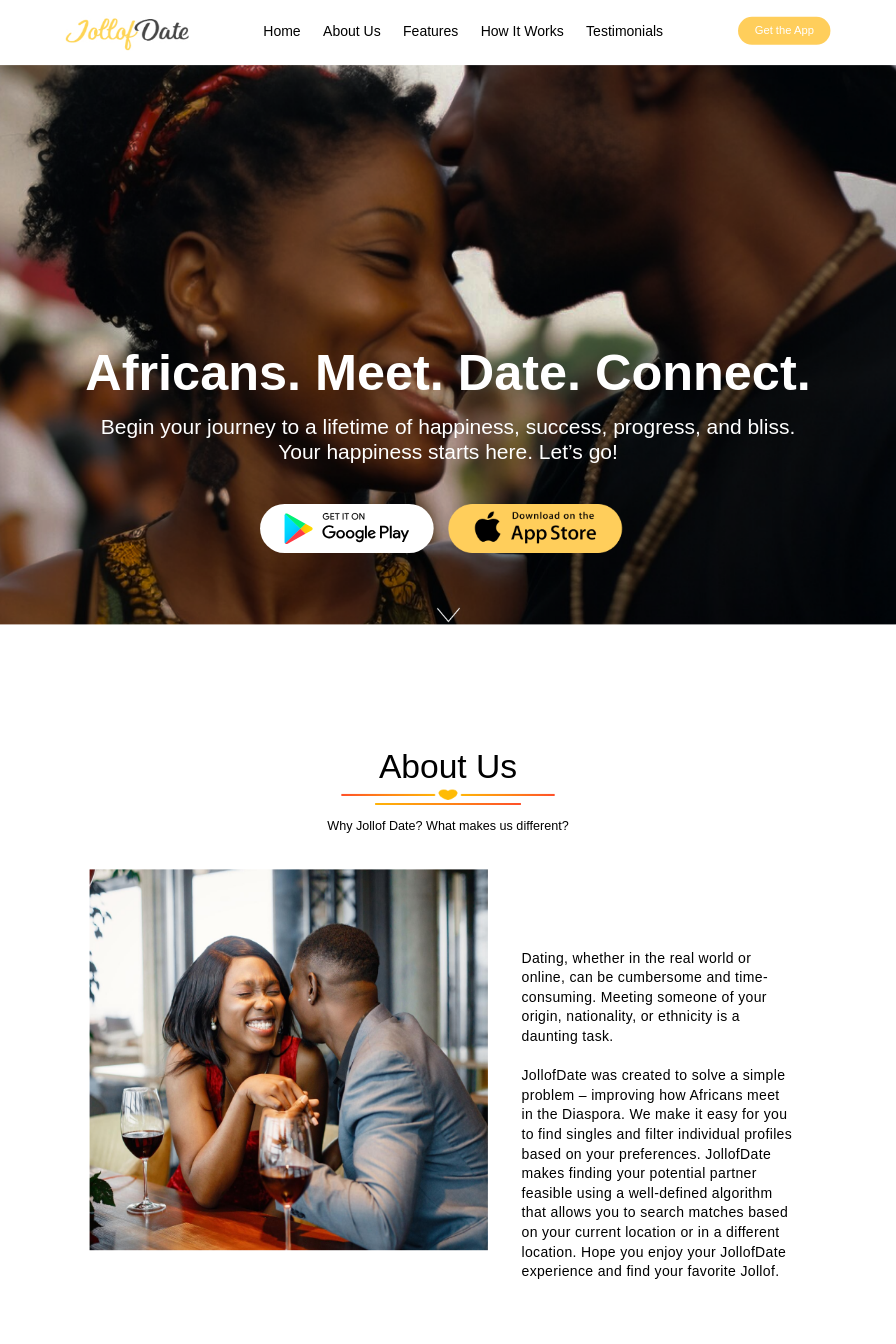
Repository: FarhanNasiru/jollofdate-frontend
Page: /
The author's editor kept a copy of each file at every save. The page is drawn from the files as they stood at one save, then again after the next save.
The browser window is 1280 px wide. The pictures show the part of the page from y = 0 to 1920 px (the page is 7400 px tall before and 7264 px after), at 70% of full size.
Some web fonts or font styles are not loaded; a fallback is used. The project was rebuilt for these pictures with package versions that can differ from the ones it lists, and the page was loaded fresh each time. Also part of the build but not shown: vite.config.js, src/Pages/Footer2.jsx, src/components/Header2.jsx, src/Pages/privacy.jsx, src/Pages/Term.jsx.

Above is the page before, as saved 2024-08-20 17:44:11.

### index.html
<!doctype html>
<html lang="en">
  <head>
    <meta charset="UTF-8" />
    <link rel="icon" type="image/svg+xml" href="/vite.svg" />
    <meta name="viewport" content="width=device-width, initial-scale=1.0" />
    <title>Jellof Date</title>
  </head>
  <body>
    <div id="root"></div>
    <script type="module" src="/src/main.jsx"></script>
  </body>
</html>

### src/App.jsx
import { BrowserRouter as Router, Route, Routes } from "react-router-dom";
import Home from "./Pages/Home";
import Privacy from "./Pages/privacy";
import Terms from "./Pages/Term";
import "./index.css";
const App = () => {
  return (
    <Router>
      <main>
        <Routes>
          <Route path="/" element={<Home />} />
          <Route path="/privacy" element={<Privacy />} />
          <Route path="/terms" element={<Terms />} />
        </Routes>
      </main>
    </Router>
  );
};

export default App;

### src/index.css
@import url('https://fonts.cdnfonts.com/css/hvdtrial-brandon-grotesque');
@import url('https://fonts.googleapis.com/css2?family=Almendra:ital,wght@0,400;0,700;1,400;1,700&display=swap');
@import "slick-carousel/slick/slick.css";
@import "slick-carousel/slick/slick-theme.css";

@tailwind base;
@tailwind components;
@tailwind utilities;

### src/Pages/Home.jsx
import Faq from "../components/Faq";
import Testimonials from "../components/Testimonials";
import Community from "../components/Community";
import How from "../components/Howitworks";
import Features from "../components/Features";
import About from "../components/Aboutus";
import Download from "../components/Download";
import Footer from "../components/Footer";
import Header from "../components/Header";

function Home() {
  return (
    <main className=" bg-white justify-center font-HvDTrial max-w-screen-2xl m-auto">
      <Header />
      <section
        id="home"
        className="pl-8 pr-8 justify-center bg-center bg-no-repeat items-center max-h-max w-full lg:pt-96 lg:pb-9 bg-[url('/Images/Home-bg.png')] "
      >
        <div>
          <h1 className="  text-wrap text-white text-7xl md:text-7xl  font-medium md:font-semibold text-center pt-28 pb-6 h-auto">
            Africans. Meet. Date. Connect.{" "}
          </h1>
          <p className=" text-2xl px-6 text-center text-white font-normal md:text-3xl">
            Begin your journey to a lifetime of happiness, success, progress,
            and bliss.
            <br /> Your happiness starts here. Let’s go!
          </p>
        </div>
        <div className=" flex justify-center pt-12 flex-wrap pb-16">
          <a
            href="#"
            className="bg-transparent text-black px-1 py-1 rounded flex items-center"
          >
            <img
              src="/Images/Googleplay-whitesvg.svg"
              alt="Google Play"
              className="w-full h-full img-center"
            />
          </a>
          <a
            href="#"
            className="bg-transparent text-black px-4 py-2 rounded flex items-center"
          >
            <img
              src="/Images/Applestore-white.png"
              alt="App Store"
              className="w-full h-full mr-2"
            />
          </a>
        </div>
        <div className=" justify-center ">
          <a href="#footer">
            <img
              src="/Images/Home-arrow.png"
              alt=""
              className=" sm:hidden md:flex lg:flex xl:flex justify-center m-auto md:mb-14"
            />
          </a>
        </div>
      </section>
      <About />
      <Features />
      <How />
      <Testimonials />
      <Community />
      <Faq />
      <Download />
      <Footer />
    </main>
  );
}

export default Home;

### src/components/Faq.jsx
import { useState } from "react";

function Faq() {
  const [openIndexes, setOpenIndexes] = useState([]);

  const toggleDropdown = (index) => {
    if (openIndexes.includes(index)) {
      setOpenIndexes(openIndexes.filter((i) => i !== index));
    } else {
      setOpenIndexes([...openIndexes, index]);
    }
  };

  const faqItems = [
    "How can I create my profile on the app?",
    "How can I create my profile on the app?",
    "How can I create my profile on the app?",
    "How can I create my profile on the app?",
    "How can I create my profile on the app?",
    "How can I create my profile on the app?",
  ];

  return (
    <section
      id="frequently-asked-questions"
      className="pb-14 sm:px-9 max-w-screen-2xl justify-center m-auto"
    >
      <div className="sm:pb-20 md:pb-12">
        <h2 className="text-5xl font-normal text-center pt-5">
          Frequently Asked Questions
        </h2>
        <div className="flex justify-center py-4">
          <img src="/Images/love-logo.png" alt="" className=" md:w-auto" />
        </div>
        <h3 className="text-center text-lg">
          You have questions? Check here for answers
        </h3>
      </div>
      <div className="text-left sm:text-wrap px-4">
        {faqItems.map((item, index) => (
          <div key={index} className=" mx-auto mt-3">
            <div
              className={`flex pt-7 pl-16 pr-12 pb-6 justify-between cursor-pointer ${
                openIndexes.includes(index)
                  ? "bg-customYellow1 font-bold text-black text-xl rounded-t-md"
                  : "bg-bright text-black text-lg border-solid border rounded-lg border-customYellow1"
              }`}
              onClick={() => toggleDropdown(index)}
            >
              <p className="text-xl font-medium">{item}</p>
              {openIndexes.includes(index) ? (
                <div className="h-6 w-6">
                  <img src="/Images/add.svg" alt="" />
                </div>
              ) : (
                <div className="h-6 w-6">
                  <img src="/Images/add2.svg" alt="" className="bg-white" />
                </div>
              )}
            </div>
            {openIndexes.includes(index) && (
              <div className="p-4 bg-customYellow1 rounded-b-md shadow pt-7 pl-16 pr-12 pb-8">
                <p className=" xl:w-custom3text-xl md:text-wrap sm:text-balance">
                  Begin your journey to a lifetime of happiness, success,
                  progress and bliss. Begin your journey to a lifetime of
                  happiness, success, progress and bliss. Begin your journey to
                  a lifetime of happiness, success, progress and bliss. Begin
                  your journey to a lifetime of happiness, success, progress and
                  bliss. Begin your journey to a lifetime of happiness, success,
                  progress and bliss. Begin your journey to a lifetime of
                  happiness, success, progress and bliss. Begin your journey to
                  a lifetime of happiness, success, progress and bliss.
                </p>
              </div>
            )}
          </div>
        ))}
      </div>
    </section>
  );
}

export default Faq;

### src/components/Testimonials.jsx
import { Carousel } from "antd";

function Testimonials() {
  const contentStyle = {
    height: "auto",
    color: "#fff",
    lineHeight: "40px",
    textAlign: "center",
    background: "transparent",
  };

  const testimonials = [
    {
      quote:
        "“Other dating apps were like shooting fish in a barrel. But my girlfriend and I clicked right away on Jollofdate, and the conversation was effortless. We’ve been together for over a year.”",
      name: "Caitlyn King",
    },
    {
      quote:
        "“Other dating apps were like shooting fish in a barrel. But my girlfriend and I clicked right away on Jollofdate, and the conversation was effortless. We’ve been together for over a year.”",
      name: "Crystabel lyn",
    },
    {
      quote:
        "“Other dating apps were like shooting fish in a barrel. But my girlfriend and I clicked right away on Jollofdate, and the conversation was effortless. We’ve been together for over a year.”",
      name: "David Johnson",
    },
    {
      quote:
        "“Other dating apps were like shooting fish in a barrel. But my girlfriend and I clicked right away on Jollofdate, and the conversation was effortless. We’ve been together for over a year.”",
      name: "King Micheal",
    },
  ];

  return (
    <section id="testimonials" className="p-8 pt-24 ">
      <div>
        <h2 className="text-5xl font-normal text-center p-2">Testimonials</h2>
        <div className="flex justify-center pb-5 md:pb-6">
          <img src="/Images/love-logo.png" alt="Love Logo" />
        </div>
        <h3 className="text-center text-lg">
          Read what our existing users have to say
        </h3>
      </div>
      <div className="text-center pt-9 pb-16 text-black max-w-7xl justify-center m-auto">
        <Carousel autoplay>
          {testimonials.map((testimonial, index) => (
            <div key={index}>
              <div style={contentStyle}>
                <h1 className="text-black text-center m-auto font-normal text-2xl text-wrap">
                  {testimonial.quote}
                </h1>
                <div className="flex justify-center py-3">
                  {[...Array(5)].map((_, i) => (
                    <img
                      key={i}
                      src="/Images/Star.svg"
                      alt="Star"
                      className="mx-1"
                    />
                  ))}
                </div>
                <p className="text-center text-black text-lg pb-8">
                  {testimonial.name}
                </p>
              </div>
            </div>
          ))}
        </Carousel>
      </div>
    </section>
  );
}

export default Testimonials;

### src/components/Community.jsx
function Community() {
  return (
    <div>
      <section
        id="Community"
        className="bg-custom-radial flex flex-col items-center justify-center mb-28 px-6 pt-16 max-w-screen-2xl m-auto"
      >
        <div className="space-y-8 text-center text-black">
          <div>
            <h1 className="text-3xl sm:text-4xl md:text-5xl font-bold">
              Join the
            </h1>
            <h2 className="text-3xl sm:text-4xl md:text-5xl font-bold">
              Jollof Date Community
            </h2>
          </div>
          <div className="w-full sm:w-4/5 md:w-3/5 lg:w-custom9 mx-auto">
            <h3 className="text-sm sm:text-base font-normal">
              Download the app from your store and begin your journey to a
              lifetime of happiness, success, progress, and bliss.
            </h3>
          </div>
          <div className="flex flex-col md:flex-row justify-center items-center m-auto gap-3">
            <a href="" className="w-32 md:w-40">
              <img
                src="/Images/Applestore-dark.png"
                alt="Download on the App Store"
                className="m-auto"
              />
            </a>
            <a href="" className="w-32 md:w-40">
              <img
                src="/Images/Googleplay-Dark.png"
                alt="Get it on Google Play"
                className="m-auto"
              />
            </a>
          </div>
        </div>
        <div className="flex justify-center mt-8">
          <img
            src="/Images/threephones.png"
            alt="Three phones showing the app"
            className="w-full sm:w-4/5 md:w-3/5 lg:w-auto"
          />
        </div>
      </section>
    </div>
  );
}

export default Community;

### src/components/Howitworks.jsx
function Howitworks() {
  return (
    <div>
      <section
        id="how-it-works"
        className="pt-16 md:pt-72 pb-10 max-w-screen-2xl justify-center m-auto"
      >
        <h2 className="text-5xl font-normal text-center mt-24 md:mt-44 p-2">
          How it works
        </h2>
        <div className="flex justify-center pb-4 md:pb-2">
          <img src="/Images/love-logo.png" alt="" className=" md:w-auto" />
        </div>
        <h3 className="text-center text-lg pb-4 md:pb-6">
          A step-by-step guide on how to get started on Jollof Date
        </h3>
        <div className="flex flex-col xl:flex-row p-4 md:p-8 space-y-8 md:space-y-0">
          <div id="picture" className="flex justify-center   space-x-3 ">
            <img
              src="/Images/f-and-j-frame.png"
              alt=""
              className="w-full md:w-auto"
            />
          </div>
          <div className="icon space-y-8 md:space-y-11 md:ml-11">
            <div className="flex gap-4 md:gap-6">
              <img
                src="/Images/sign up.png"
                alt=""
                className="w-12 h-12 md:w-16 md:h-16"
              />
              <div>
                <h1 className="font-bold text-xl md:text-2xl">Sign Up</h1>
                <h2 className="font-normal text-sm md:text-xl">
                  Begin your journey to a lifetime of happiness, success,
                  progress, and bliss.
                </h2>
              </div>
            </div>
            <div className="flex gap-4 md:gap-6">
              <img
                src="/Images/create.png"
                alt=""
                className="w-12 h-12 md:w-16 md:h-16"
              />
              <div>
                <h1 className="font-bold text-xl md:text-2xl">
                  Create Profile and Add Preferences
                </h1>
                <h2 className="font-normal text-sm md:text-xl">
                  Share your interests, hobbies, and a bit about yourself to
                  help us find your perfect match.
                </h2>
              </div>
            </div>
            <div className="flex gap-4 md:gap-6">
              <img
                src="/Images/browse.png"
                alt=""
                className="w-12 h-12 md:w-16 md:h-16"
              />
              <div>
                <h1 className="font-bold text-xl md:text-2xl">
                  Browse and Match
                </h1>
                <h2 className="font-normal text-sm md:text-xl">
                  Use our advanced filters to find people who share your
                  interests and values. Start connecting today.
                </h2>
              </div>
            </div>
            <div className="flex gap-4 md:gap-6">
              <img
                src="/Images/chat.png"
                alt=""
                className="w-12 h-12 md:w-16 md:h-16"
              />
              <div>
                <h1 className="font-bold text-xl md:text-2xl">Chat and Call</h1>
                <h2 className="font-normal text-sm md:text-xl">
                  Get to know your matches better and build connections in a
                  safe and private environment.
                </h2>
              </div>
            </div>
          </div>
        </div>
      </section>
    </div>
  );
}

export default Howitworks;

### src/components/Features.jsx
function Features() {
  return (
    <div>
      <section
        id="features"
        className=" md:p-8 pt-16 md:pt-24 mb-20 md:mb-40 bg-featuresY h-full w-full md:h-custom16 max-w-screen-2xl justify-center m-auto"
      >
        <div className="">
          <div className="flex flex-col md:flex-row justify-between m-auto px-4 md:px-8 space-y-4 md:space-y-0">
            <h3 className="text-3xl md:text-5xl font-bold w-full md:w-96 h-auto md:h-36 text-white">
              Key features of Jollof Date
            </h3>
            <h2 className="text-xl w-full md:w-custom4 font-normal text-white">
              Discover what sets Jollofdate apart with advanced matching
              algorithms, robust privacy controls, and user-friendly features
              designed to create meaningful connections and enhance your online
              dating experience.
            </h2>
          </div>
          <div className="flex flex-col md:flex-row h-full space-y-4 md:space-y-0 md:space-x-9 pl-0 md:pl-8 pr-0 md:pr-8 mt-8 w-full">
            <div className="bg-white text-center border rounded-3xl">
              <img
                src="/Images/phone1.png"
                alt=""
                className="w-full md:w-auto"
              />
            </div>
            <div className="bg-white text-center border rounded-3xl">
              <a href="">
                <img src="/Images/Phone2.png" alt="" className="w-full" />
              </a>
            </div>
            <div className="bg-white text-center border rounded-3xl">
              <a href="">
                <img src="/Images/Phone3.png" alt="" className="w-full" />
              </a>
            </div>
          </div>
        </div>
      </section>
    </div>
  );
}

export default Features;

### src/components/Aboutus.jsx
function Aboutus() {
  return (
    <div>
      <section
        id="about-us"
        className="pt-16 md:pt-20 max-w-screen-2xl m-auto justify-center"
      >
        <div className="px-4 md:px-24">
          <h2 className="text-5xl font-normal text-center p-2">About Us</h2>
          <div className="flex justify-center pb-4">
            <img src="/Images/love-logo.png" alt="" className="md:14" />
          </div>
          <h3 className="text-center text-lg font-normal pb-8 md:pb-12">
            Why Jollof Date? What makes us different?
          </h3>
          <div className="flex flex-col xl:flex-row gap-4 lg:gap-8 px-2 lg:px-8 pb-16 lg:pb-32 justify-center">
            <img
              src="/Images/Lovers.png"
              alt=""
              className="max-w-xl max-h-3px"
            />
            <div className="tracking-wide bg-white p-4 md:pt-28 font-normal text-base md:text-xl">
              <p>
                Dating, whether in the real world or online, can be cumbersome
                and time-consuming. Meeting someone of your origin, nationality,
                or ethnicity is a daunting task.
              </p>
              <br />
              <p>
                JollofDate was created to solve a simple problem – improving how
                Africans meet in the Diaspora. We make it easy for you to find
                singles and filter individual profiles based on your
                preferences. JollofDate makes finding your potential partner
                feasible using a well-defined algorithm that allows you to
                search matches based on your current location or in a different
                location. Hope you enjoy your JollofDate experience and find
                your favorite Jollof.
              </p>
            </div>
          </div>
        </div>
        <div className="flex flex-col md:flex-row justify-center items-center space-y-12 md:space-y-0 md:space-x-20 lg:space-x-48 px-16 pb-14 w-11/12">
          <div className="flex items-center">
            <img src="/Images/person.png" alt="Person Icon" className="mr-4" />
            <div className="text-center md:text-left">
              <h1 className="font-bold text-4xl">360</h1>
              <h2 className="text-xs font-medium">Global Downloads</h2>
            </div>
          </div>

          <div className="flex items-center">
            <img src="/Images/people.png" alt="People Icon" className="mr-4" />
            <div className="text-center md:text-left">
              <h1 className="font-bold text-4xl">350</h1>
              <h2 className="text-xs font-medium">Active Users</h2>
            </div>
          </div>

          <div className="flex items-center">
            <img src="/Images/world-o.png" alt="World Icon" className="mr-4" />
            <div className="text-center md:text-left">
              <h1 className="font-bold text-4xl">100</h1>
              <h2 className="text-xs font-medium">Countries</h2>
            </div>
          </div>

          <div className="flex items-center">
            <img src="/Images/Star2.png" alt="Star Icon" className="" />
            <div className="text-center md:text-left">
              <h1 className="font-bold text-4xl">100</h1>
              <h2 className="text-xs font-medium">4 star + ratings</h2>
            </div>
          </div>
        </div>
      </section>
    </div>
  );
}

export default Aboutus;

### src/components/Download.jsx
function Download() {
  return (
    <section
      id="last"
      className=" mt-20 w-full justify-center bg-customYellow1 md:w-3/4 xl:w-4/5 md:h-full pb-9 m-auto pt-9 p-11 border-0 rounded-2xl -mb-[100px] relative max-w-7xl"
    >
      <div className="">
        <div>
          <h1 className="text-center font-normal text-xl pb-3 pl-3 pr-3">
            Your one stop spot for the right relationship
          </h1>
        </div>
        <h3 className="text-center font-bold text-4xl pb-3 lg:">
          Download Jollofdate Now
        </h3>
        <h2 className=" flex text-center justify-center m-auto font-normal xl:w-80 pb-8">
          Begin your journey to a lifetime of happiness, success, progress and
          bliss.
        </h2>
        <div className="text-center md:flex flex-wrap justify-center gap-4 m-auto space-y-7 md:space-y-0 ">
          <img
            src="/Images/Applestore-dark.png"
            alt=""
            className="m-auto md:m-0"
          />
          <img
            src="/Images/Googleplay-Dark.png"
            alt=""
            className="m-auto md:m-0"
          />
        </div>
      </div>
    </section>
  );
}

export default Download;

Loaded but not shown: src/main.jsx (common file); tailwind.config.js (58 lines, source omitted); src/components/Header.jsx (148 lines, source omitted); src/components/Footer.jsx (109 lines, source omitted)

After the next save:
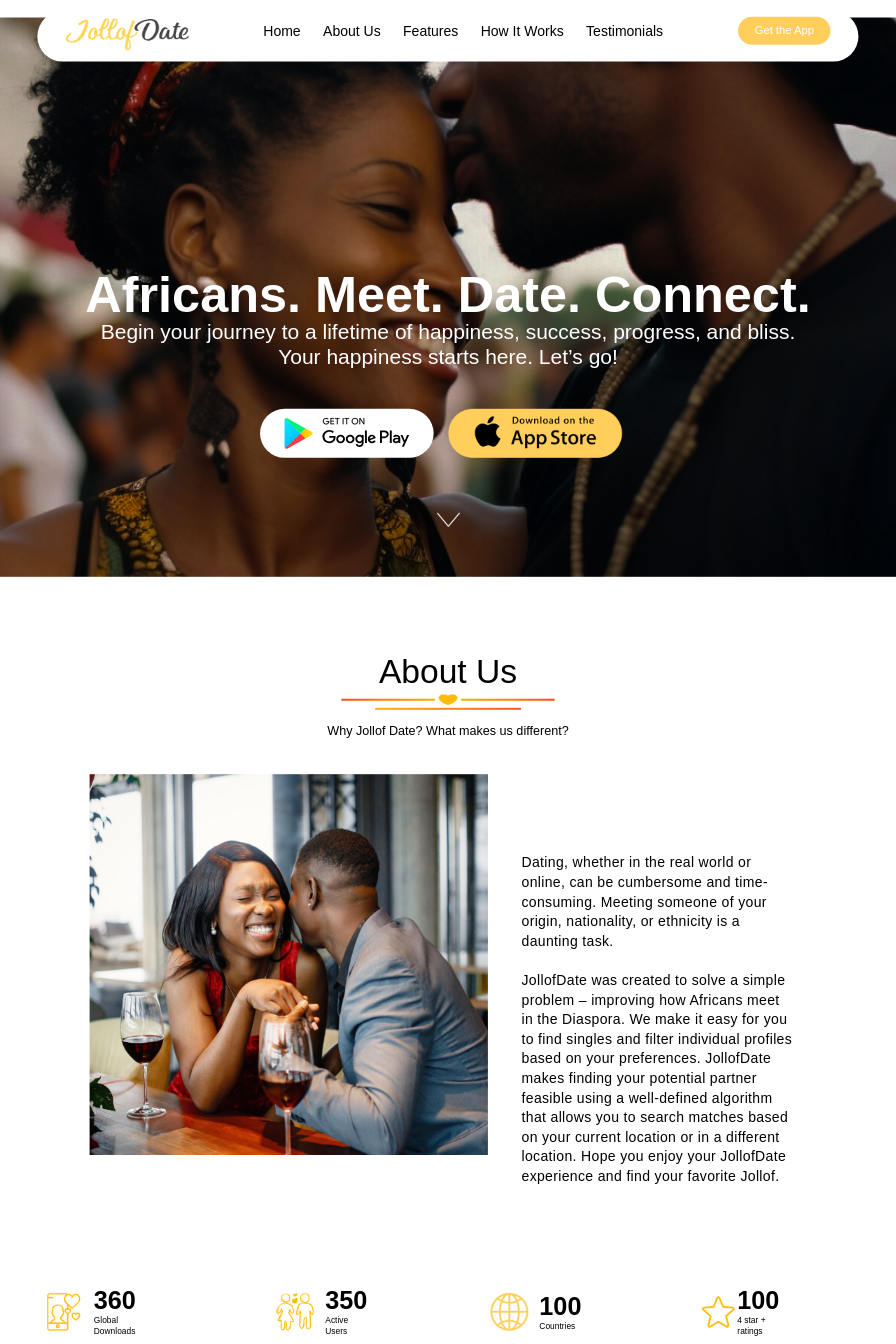
Saved 2 min 20 s later.
--- a/src/Pages/Home.jsx
+++ b/src/Pages/Home.jsx
@@ -17,7 +17,7 @@
         className="pl-8 pr-8 justify-center bg-center bg-no-repeat items-center max-h-max w-full lg:pt-96 lg:pb-9 bg-[url('/Images/Home-bg.png')] "
       >
         <div>
-          <h1 className="  text-wrap text-white text-7xl md:text-7xl  font-medium md:font-semibold text-center pt-28 pb-6 h-auto">
+          <h1 className="  text-wrap text-white text-7xl md:text-7xl  font-medium md:font-semibold text-center h-auto">
             Africans. Meet. Date. Connect.{" "}
           </h1>
           <p className=" text-2xl px-6 text-center text-white font-normal md:text-3xl">
